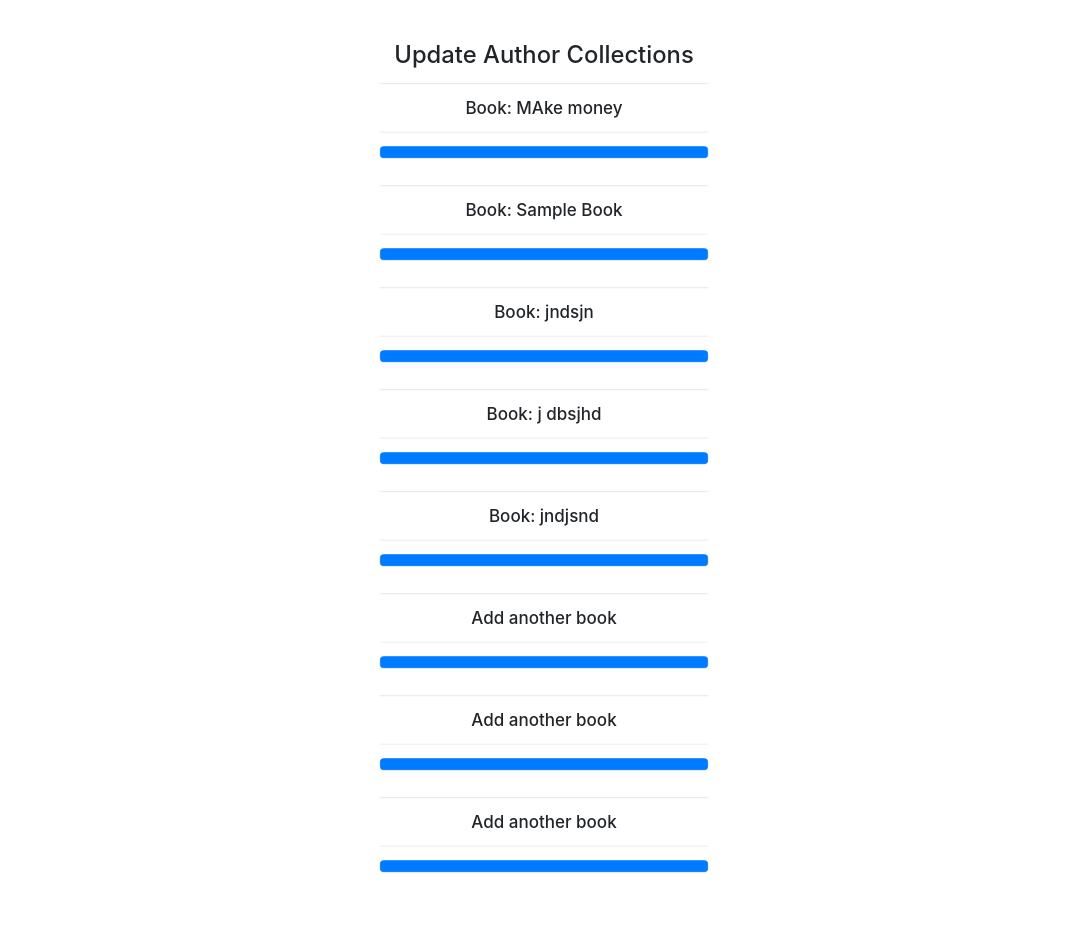
Repository: Temur-Sufiyanov/CBV
Page: http://localhost/author/1/books/edit/
These files come from the project's save history. The page is drawn as it stood at one moment and after a run of saves; the edit follows.
The browser window is 1280 px wide. The pictures show the whole page, at 85% of full size.
The page is served by the project's application, run on Django 5.2 (manage.py). Other server files are loaded and not shown. The page reads the database file committed with the project.

Above is the page before, as saved 2024-12-21 19:47:15.

### new_books/templates/new_books/author_books_edit.html
{% extends 'new_books/base.html' %}

{% block title %}
    Editing books for {{author_b.name}}
{% endblock title %}

{% block content %}
    <form action="" method="post" enctype="multipart/form-data">
        {% csrf_token %}
        <h3 class="text-center">Update Author Collections</h3>

        {% for book_form in form.forms %}
            <hr>
            <h5 class="text-center">
                {% if book_form.instance.id %}
                    Book: {{book_form.instance.name}}
                {% else %}
                    {% if form.forms|length > 1 %}
                        Add another book
                    {% else %}
                        Add a book
                    {% endif %}
                {% endif %}
                <table>
                    {{book_from.as_table}}
                </table>
                <p>
                    <hr>
                    <button type="submit" class="btn btn-primary w-100 mb-3"></button>
                </p>
            </h5>
        {% endfor %}
    </form>
{% endblock content %}

### new_books/templates/new_books/base.html
<!DOCTYPE html>
<html lang="en">
<head>
    <meta charset="UTF-8">
    <meta name="viewport" content="width=device-width, initial-scale=1.0">
    <link rel="stylesheet" href="https://stackpath.bootstrapcdn.com/bootstrap/4.5.2/css/bootstrap.min.css">
    <title>{% block title %} Home {% endblock title %}</title>
</head>
<body>
    <main>
        <div class="container-fluid">
            <div class="d-flex align-items-center py-5">
                <div class="col-12 col-md-6 col-lg-4 mx-auto">
                    {% block content %}

                    {% endblock content %}
                </div>
            </div>
        </div>
    </main>
</body>
</html>

### new_books/models.py
from django.db import models
from django.urls import reverse
# Create your models here.

class Author(models.Model):
    name = models.CharField(null=False, blank=False, max_length=255)#

    def get_absolute_url(self):
        return reverse('books:author_detail', kwargs={'pk': self.pk})

    def __str__(self):
        return self.name


class Book(models.Model):
    name = models.CharField(null=False, blank=False, max_length=255)
    author = models.ForeignKey('Author', null=False, blank=False, on_delete=models.CASCADE, related_name='book_author')


    def __str__(self):
        return self.name

### new_books/views.py
from django.shortcuts import render, HttpResponseRedirect
from django.urls import reverse
from django.views.generic import (TemplateView, ListView, CreateView, DetailView, FormView)
from .models import Author
from django.contrib import messages
from django.views.generic.detail import SingleObjectMixin
from .forms import AuthorBooksFormset


class HomeView(TemplateView):
    template_name = 'new_books/home.html'


class AuthorView(ListView):
    model = Author
    template_name = 'new_books/author_list.html'
    context_object_name = 'authors'


class AuthorDetailView(DetailView):
    model = Author
    template_name = 'new_books/author_detail.html'
    context_object_name = 'auth'


class AuthorCreateview(CreateView):
    model = Author
    template_name = 'new_books/author_create.html'
    fields = ['name',]


    def form_valid(self, form):

        messages.add_message(
            self.request,
            messages.SUCCESS,
            'The Author has been created'
        )

        return super().form_valid(form)

class AuthorBooksEdit(SingleObjectMixin, FormView):

    model = Author
    template_name = 'new_books/author_books_edit.html'
    context_object_name = 'author_b'

    def get(self, request, *args, **kwargs):
        self.object = self.get_object(queryset=Author.objects.all())
        return super().get(request, *args, **kwargs)

    def post(self, request, *args, **kwargs):
        self.object = self.get_+object(queryset=Author.objects.all())
        return super().get(request, *args, **kwargs)

    def get_form(self, form_class = None):

        return AuthorBooksFormset(**self.get_form_kwargs(), instance = self.object)

    def form_valid(self, form):
        form.save()

        messages.add_message(
            self.request,
            messages.SUCCESS,
            'Changes were saved!'
        )

        return HttpResponseRedirect(self.get_success_url())

    def get_success_url(self):
        return reverse('books:author_detail')

### core/urls.py
"""
URL configuration for core project.

The `urlpatterns` list routes URLs to views. For more information please see:
    https://docs.djangoproject.com/en/5.1/topics/http/urls/
Examples:
Function views
    1. Add an import:  from my_app import views
    2. Add a URL to urlpatterns:  path('', views.home, name='home')
Class-based views
    1. Add an import:  from other_app.views import Home
    2. Add a URL to urlpatterns:  path('', Home.as_view(), name='home')
Including another URLconf
    1. Import the include() function: from django.urls import include, path
    2. Add a URL to urlpatterns:  path('blog/', include('blog.urls'))
"""
from django.contrib import admin
from django.urls import path, include

urlpatterns = [
    path('admin/', admin.site.urls),
    # path('', include('cbv.urls')),
    path('',include('new_books.urls', namespace='books' )),
]

### new_books/urls.py
from django.urls import path
from .views import (HomeView, AuthorView, AuthorCreateview, AuthorDetailView, AuthorBooksEdit)

app_name = 'books'

urlpatterns = [
    path('', HomeView.as_view(), name='home'),
    path('author/', AuthorView.as_view(), name='authors'),
    path('author/add/', AuthorCreateview.as_view(), name='add-author'),
    path('author/<int:pk>/', AuthorDetailView.as_view(), name='author_detail'),
    path('author/<int:pk>/books/edit/', AuthorBooksEdit.as_view(), name='author_books_edit'),
]

### db.sqlite3 (the tables this page reads, as SQL)
CREATE TABLE "new_books_author" ("id" integer NOT NULL PRIMARY KEY AUTOINCREMENT, "name" varchar(255) NOT NULL);
INSERT INTO "new_books_author" VALUES
(1, 'Temur Sufiyanov'),
(2, 'Farrukh Abdurakmonov'),
(3, 'Feruz Juraev'),
(4, 'Headphones'),
(5, 'Feruz'),
(6, 'Feruz!'),
(7, 'Artur');

CREATE TABLE "new_books_book" ("id" integer NOT NULL PRIMARY KEY AUTOINCREMENT, "name" varchar(255) NOT NULL, "author_id" bigint NOT NULL REFERENCES "new_books_author" ("id") DEFERRABLE INITIALLY DEFERRED);
INSERT INTO "new_books_book" VALUES
(1, 'Success', 3),
(2, 'MAke money', 1),
(3, 'Sample Book', 1),
(4, 'jndsjn', 1),
(5, 'j dbsjhd', 1),
(6, 'jndjsnd', 1);

After the next 2 saves:
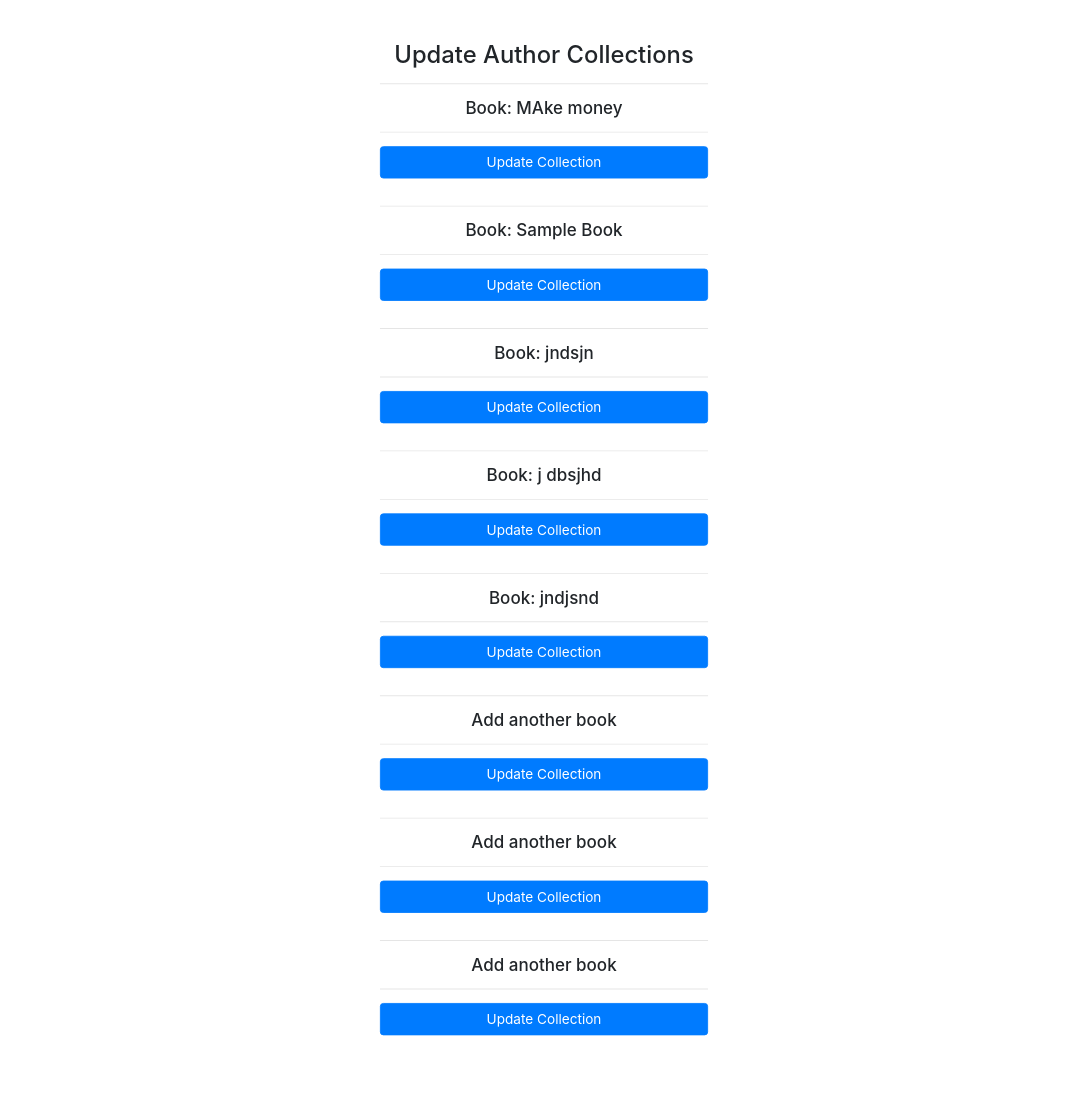
The 2 saves are shown as one change because they came seconds apart.
The last was saved 15 s later.
--- a/new_books/templates/new_books/author_books_edit.html
+++ b/new_books/templates/new_books/author_books_edit.html
@@ -26,7 +26,8 @@
                 </table>
                 <p>
                     <hr>
-                    <button type="submit" class="btn btn-primary w-100 mb-3"></button>
+                    <button type="submit" class="btn btn-primary w-100 mb-3">Update Collection</button>
+                    <a href=""></a>
                 </p>
             </h5>
         {% endfor %}
